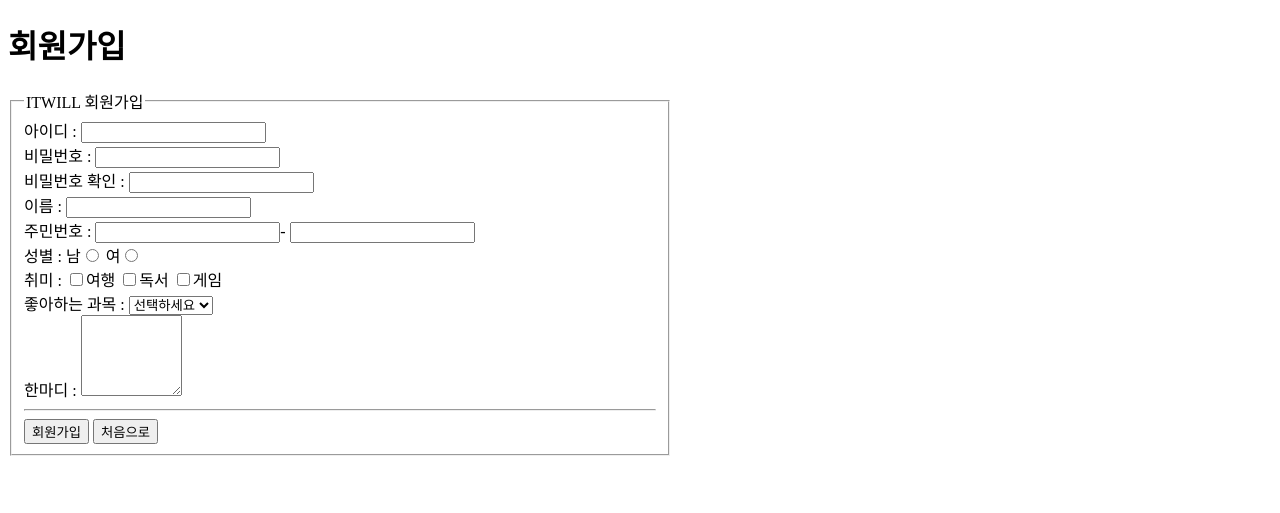
Repository: hololog/workspace_jsp1
Page: JspStudy/src/main/webapp/js1/test18.html
These files come from the project's save history. The page is drawn as it stood at one moment and after the next save; the edit follows.
The browser window is 1280 px wide. The pictures show the whole page.

Above is the page before, as saved 2021-12-16 08:34:01.

After the next save:
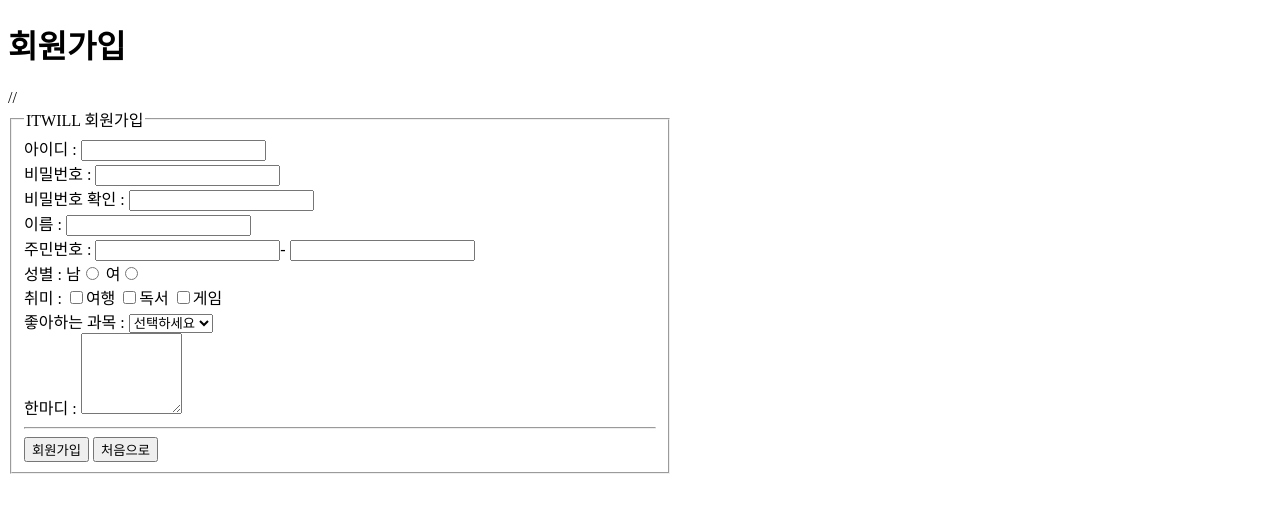
Saved 71 s later.
--- a/JspStudy/src/main/webapp/js1/test18.html
+++ b/JspStudy/src/main/webapp/js1/test18.html
@@ -89,14 +89,14 @@
 		 document.fr.textarea.focus();
 		 return;
 	}
-// 	document.fr.submit();
+// 	document.fr.submit();//대신 submit버튼으로 사용해보기
 }
 
 </script>
 </head>
 <body>
 	<h1>회원가입</h1>
-		<form action="a.jsp" method="post" name="fr" onsubmit="f1()">
+		<form action="a.jsp" method="post" name="fr" onsubmit="f1()">//
 			<fieldset style="width: 50%">
 				<legend>ITWILL 회원가입</legend>
 				<label>아이디 : </label><input type="text" name="id" id="id"><br>

After the 6 saves that followed:
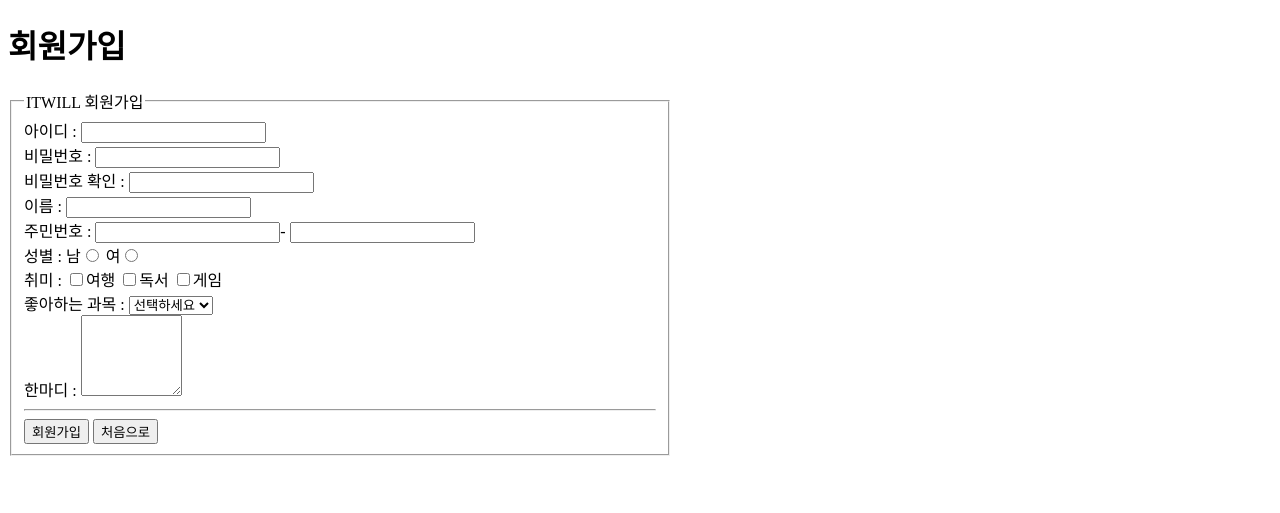
The 6 saves are shown as one change because 5 left the picture as it was.
The last was saved 8 min 33 s later.
--- a/JspStudy/src/main/webapp/js1/test18.html
+++ b/JspStudy/src/main/webapp/js1/test18.html
@@ -14,7 +14,9 @@
 	if(document.fr.id.value==""){
 		alert("아이디를 입력하세요");
 		document.fr.id.focus();
-		return;
+		// 되돌아 갈때 리턴값을 가지고 돌아감
+		//false값을 리턴하면
+		return false;
 	}
 
 	if(document.fr.id.value.length<5 || document.fr.id.value.length>10){
@@ -96,7 +98,7 @@
 </head>
 <body>
 	<h1>회원가입</h1>
-		<form action="a.jsp" method="post" name="fr" onsubmit="f1()">//
+		<form action="a.jsp" method="post" name="fr" onsubmit="return f1()"><!-- submit버튼으로 리턴 여기서는 f1()의 리턴값인 false가 리턴되어 submit이 멈춤 -->
 			<fieldset style="width: 50%">
 				<legend>ITWILL 회원가입</legend>
 				<label>아이디 : </label><input type="text" name="id" id="id"><br>
